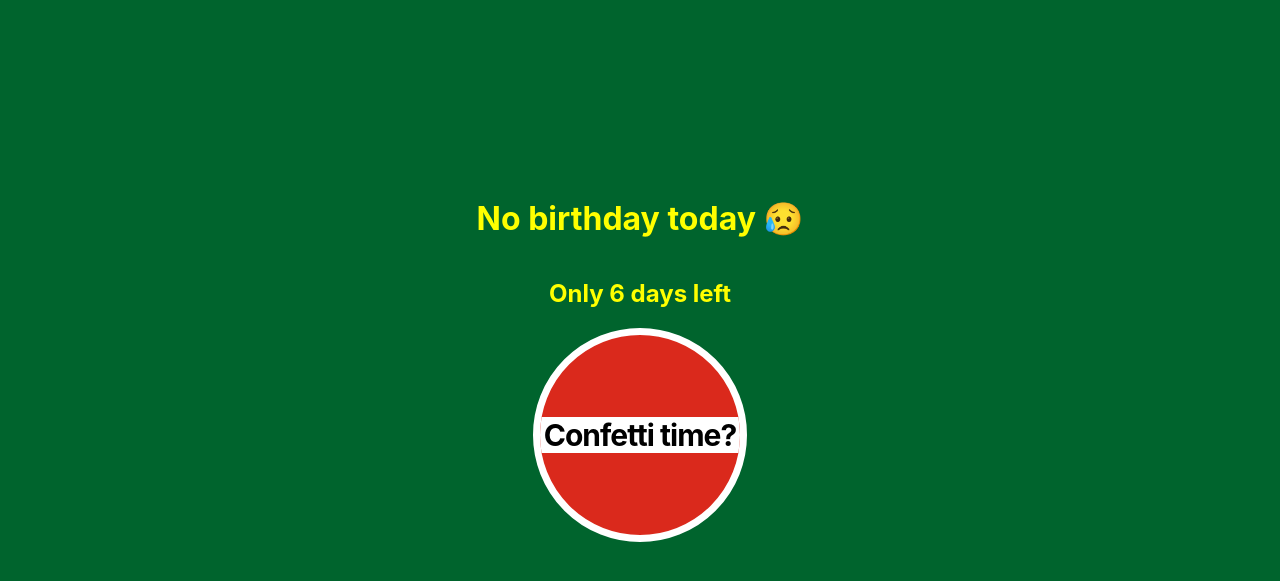
Repository: David-Waite/HannahsBirthdayWebsite
Page: /
The author's editor kept a copy of each file at every save. The page is drawn from the files as they stood at one save, then again after the next save.
The browser window is 1280 px wide. The pictures show the whole page.
The pointer rests on the first visible `.buttonCon`.
The project was rebuilt for these pictures with package versions that can differ from the ones it lists, and the page was loaded fresh each time.

Above is the page before, as saved 2023-03-30 18:29:49.

After the next save:
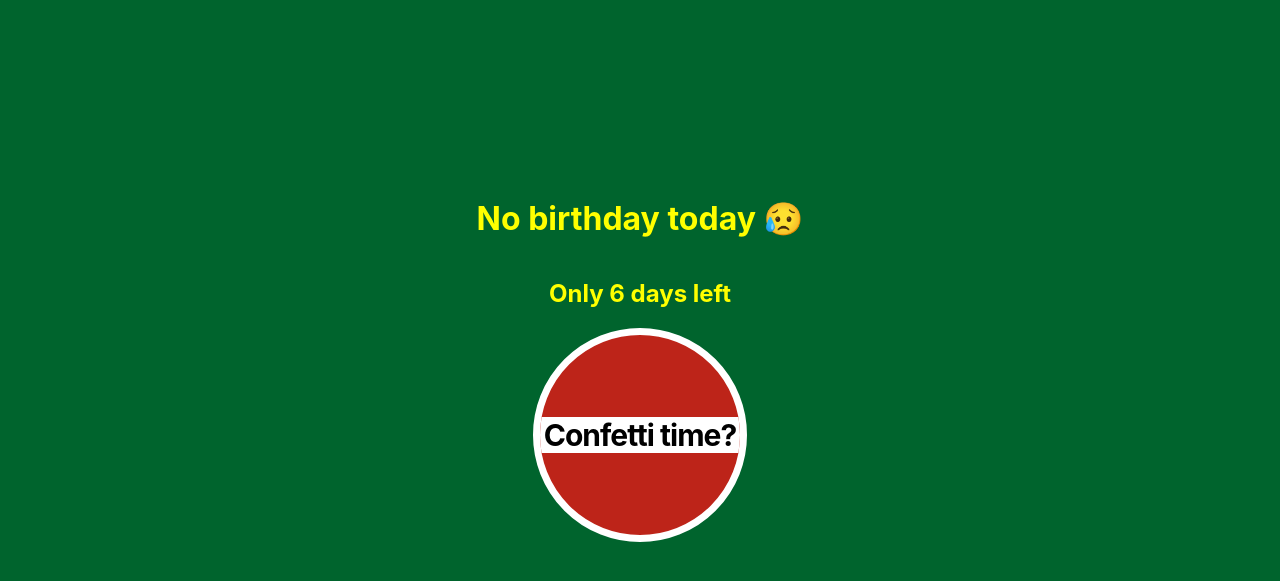
Saved 24 s later.
--- a/src/index.css
+++ b/src/index.css
@@ -40,3 +40,7 @@ body {
   padding: 0;
   letter-spacing: -1px;
 }
+
+.buttonCon:hover {
+  background-color: #bd2419;
+}
